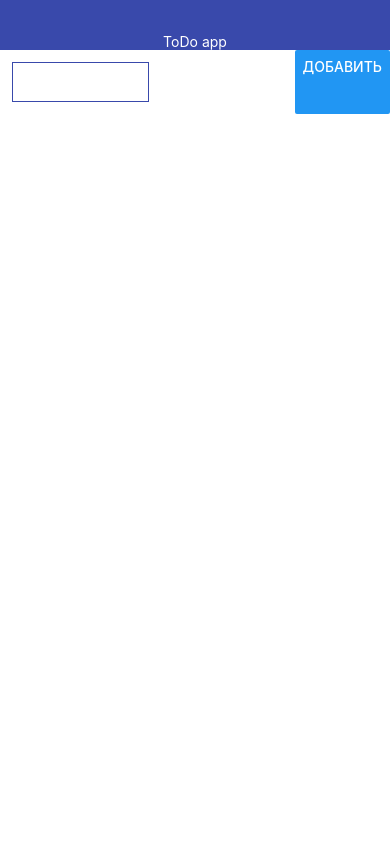
Repository: saint-fons/React-Native-Expo-TypeScript-Hooks
Screen: /
An editor plug-in stored every save of this project. The screen is shown before and after the next save, followed by the edit.
The app was drawn by React Native's web renderer in a window 390 px wide. The project was rebuilt for these pictures with package versions that can differ from the ones it lists, and the page was loaded fresh each time.

Above is the screen before, as saved 2021-07-26 18:00:46.

### App.tsx
import { StatusBar } from 'expo-status-bar';
import React from 'react';
import { StyleSheet, View } from 'react-native';
import AddTodo from './components/AddTodo';
import NavBar from './components/NavBar';

export default function App() {
  return (
    <View style={styles.container}>
      <NavBar
        title={"ToDo app"}
      />
      <AddTodo
      />
    </View>
  );
}

const styles = StyleSheet.create({
  container: {

  },
});

### components/AddTodo.tsx
import * as React from 'react';
import { FC } from 'react';
import { View, StyleSheet, Alert, TextInput, Button } from 'react-native';

const AddTodo: FC<any> = ({ }) => {
    return (
        <View style={styles.block}>
            <Button
                title='Добавить'
                onPress={() => Alert.alert('Simple Button pressed')}
            />
            <TextInput
                style={styles.input}
            />
        </View>
    )
}

const styles = StyleSheet.create({
    block: {
        flexDirection: 'row-reverse',
        justifyContent: 'space-between',
    },
    input: {
        height: 40,
        margin: 12,
        borderStyle: "solid",
        borderWidth: 1,
        width: "35%",
        borderColor: "#3949ab"
    },
});


export default AddTodo

### components/NavBar.tsx
import * as React from 'react';
import { FC } from "react";
import { StyleSheet, Text, View } from 'react-native';



const NavBar: FC<any> = ({ title }) => {
    return (
        <View style={styles.navbar}>
            <Text style={styles.text}>
                {title}
            </Text>
        </View>
    )
}

const styles = StyleSheet.create({
    navbar: {
        height: 50,
        alignItems: 'center',
        justifyContent: "flex-end",
        color: '#000',
        backgroundColor: '#3949ab'
    },
    text: {
        color: 'white'
    }
});


export default NavBar

After the next save:
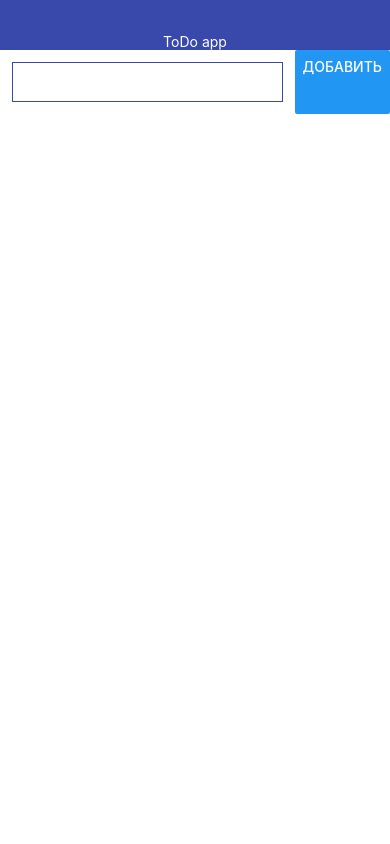
Saved 3 min 53 s later.
--- a/components/AddTodo.tsx
+++ b/components/AddTodo.tsx
@@ -26,7 +26,7 @@ const styles = StyleSheet.create({
         margin: 12,
         borderStyle: "solid",
         borderWidth: 1,
-        width: "35%",
+        width: "70%",
         borderColor: "#3949ab"
     },
 });
